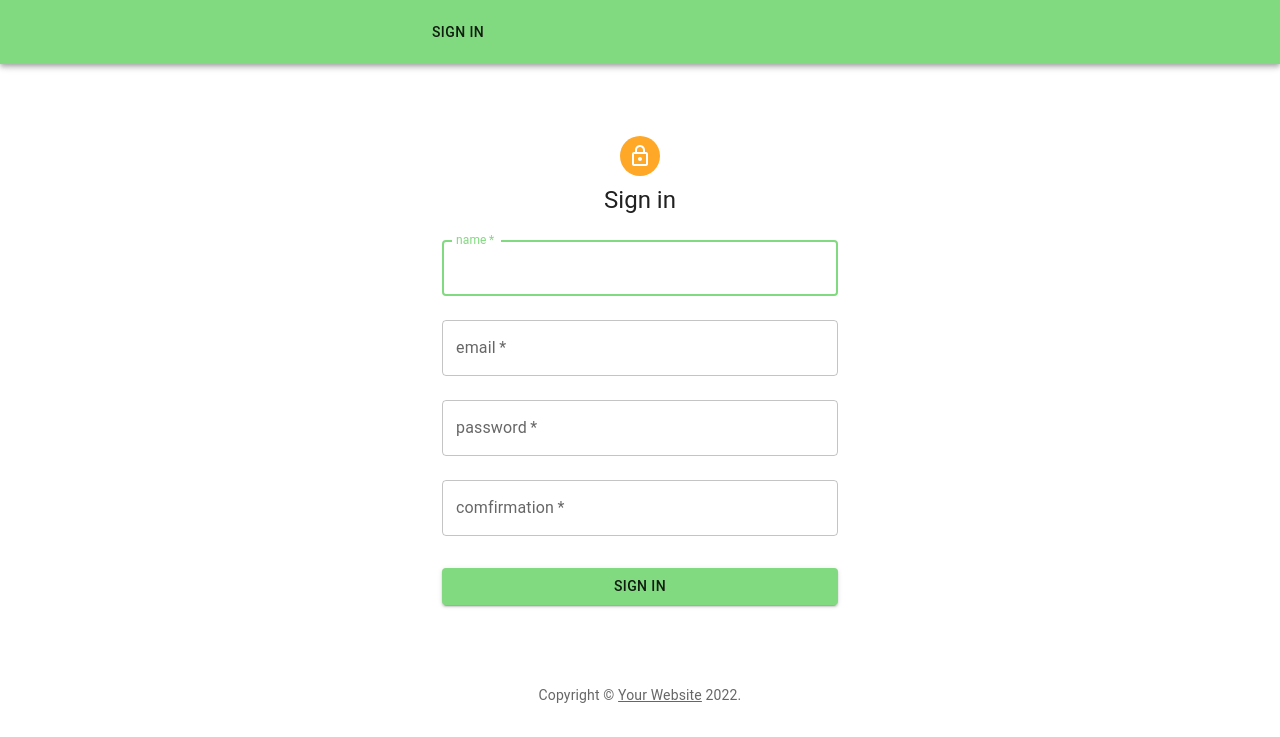
Repository: motohiro0410/motsufood
Page: /signIn (app in frontend/)
An editor plug-in stored every save of this project. The page is shown before and after the next save, followed by the edit.
The browser window is 1280 px wide. The pictures show the whole page.
The project was rebuilt for these pictures with package versions that can differ from the ones it lists, and the page was loaded fresh each time. Also part of the build but not shown: frontend/src/App.css, frontend/src/components/pages/Login.tsx, frontend/src/components/organisms/Footer.tsx, frontend/src/components/organisms/MainHeader.tsx, frontend/src/components/organisms/UserDetailModal.tsx, frontend/src/components/pages/Home.tsx, frontend/src/components/pages/Money.tsx, frontend/src/components/organisms/GroupHeader.tsx and 3 more.

Above is the page before, as saved 2022-08-10 23:05:46.

### frontend/src/App.tsx
import './App.css';
import { BrowserRouter } from "react-router-dom";

import { Router } from "./router/Router";
import { ThemeProvider } from '@mui/system';
import { theme } from './theme/theme';

import { AdapterDateFns } from '@mui/x-date-pickers/AdapterDateFns';
import { LocalizationProvider } from '@mui/x-date-pickers/LocalizationProvider';
import { HeaderProvider } from "./providers/HeaderProvider"

function App() {
  return (
    <LocalizationProvider dateAdapter={AdapterDateFns}>
      <ThemeProvider theme={theme}>
        <HeaderProvider>
         <BrowserRouter>
            <Router />
          </BrowserRouter>
        </HeaderProvider>
      </ThemeProvider>
    </LocalizationProvider>


  );
}

export default App;

### frontend/src/router/Router.tsx
import { FC, memo } from "react";
import { Switch, Route } from "react-router-dom";

import { Login } from "../components/pages/Login";
import { Home } from "../components/pages/Home";
import { Money } from "../components/pages/Money";
import { Group } from "../components/pages/Group";
import { SignIn } from "../components/pages/SignIn";
import { Page404 } from "../components/pages/Page404";

import { InputFoodExpence } from "../components/pages/InputFoodExpence";

export const Router: FC = memo(() => {
  return (
    <Switch>
      <Route exact path="/">
        <Login />
      </Route>
      <Route path="/home">
        <Home />
      </Route>
      <Route path="/money">
        <Money />
      </Route>
      <Route path="/group">
        <Group />
      </Route>
      <Route path="/input">
        <InputFoodExpence />
      </Route>
      <Route path="/signIn">
        <SignIn />
      </Route>
      <Route path="*">
        <Page404 />
      </Route>
    </Switch>
  )
})

### frontend/src/theme/theme.ts
import { createTheme } from "@mui/material"

export const theme = createTheme({
  palette: {
    primary: {
      main: "#81da7f"
    }
  }
});

### frontend/src/providers/HeaderProvider.tsx
import { createContext } from "react";

export const HeaderContext = createContext<Context[]>({} as Context[]);

export type Context = {
  title: string;
}

export const HeaderProvider = (props: any) => {
  const { children } = props;
  const contextName: Context[] = [
    {title: "ホーム"},
    {title: "食費入力"},
    {title: "支払い"},
    {title: "ユーザー編集"},
  ]



  return (
    <HeaderContext.Provider value={contextName}>
      {children}
    </HeaderContext.Provider>
  )
}

### frontend/src/components/pages/SignIn.tsx
import * as React from 'react';
import Avatar from '@mui/material/Avatar';
import Button from '@mui/material/Button';
import CssBaseline from '@mui/material/CssBaseline';
import TextField from '@mui/material/TextField';
import FormControlLabel from '@mui/material/FormControlLabel';
import Checkbox from '@mui/material/Checkbox';
import Link from '@mui/material/Link';
import Grid from '@mui/material/Grid';
import Box from '@mui/material/Box';
import LockOutlinedIcon from '@mui/icons-material/LockOutlined';
import Typography from '@mui/material/Typography';
import Container from '@mui/material/Container';
// import { createTheme, ThemeProvider } from '@mui/material/styles';

import { SignInHeader } from '../organisms/SignInHeader';

function Copyright(props: any) {
  return (
    <Typography variant="body2" color="text.secondary" align="center" {...props}>
      {'Copyright © '}
      <Link color="inherit" href="https://mui.com/">
        Your Website
      </Link>{' '}
      {new Date().getFullYear()}
      {'.'}
    </Typography>
  );
}



export const SignIn = () => {
  const handleSubmit = (event: React.FormEvent<HTMLFormElement>) => {
    event.preventDefault();
    const data = new FormData(event.currentTarget);
    console.log({
      email: data.get('email'),
      password: data.get('password'),
    });
  };

  return (
    <>
    <SignInHeader />
        <Container component="main" maxWidth="xs">
          <CssBaseline />
          <Box
            sx={{
              marginTop: 8,
              display: 'flex',
              flexDirection: 'column',
              alignItems: 'center',
            }}
          >
            <Avatar sx={{ m: 1, bgcolor: '#ffa726' }}>
              <LockOutlinedIcon />
            </Avatar>
            <Typography component="h1" variant="h5">
              Sign in
            </Typography>
            <Box component="form" onSubmit={handleSubmit} noValidate sx={{ mt: 1 }}>
              <TextField
                margin="normal"
                required
                fullWidth
                id="name"
                label="name"
                name="name"
                autoComplete="name"
                autoFocus
              />
              <TextField
                margin="normal"
                required
                fullWidth
                name="email"
                label="email"
                type="email"
                id="email"
                autoComplete="email"
              />
                <TextField
                margin="normal"
                required
                fullWidth
                id="password"
                label="password"
                name="password"
                autoComplete="password"
              />
              <TextField
                margin="normal"
                required
                fullWidth
                name="comfirmation"
                label="comfirmation"
                type="comfirmation"
                id="comfirmation"
                autoComplete="comfirmation"
              />
              <Button
                type="submit"
                fullWidth
                variant="contained"
                sx={{ mt: 3, mb: 2 }}
              >
                sign In
              </Button>
            </Box>
          </Box>
          <Copyright sx={{ mt: 8, mb: 4 }} />
        </Container>
    </>
  );
}

### frontend/src/components/organisms/SignInHeader.tsx
import { FC } from "react";
import { useHistory } from 'react-router-dom';

import AppBar from '@mui/material/AppBar';
import Box from '@mui/material/Box';
import Toolbar from '@mui/material/Toolbar';
import Button from '@mui/material/Button';

export const SignInHeader: FC = () => {
  const history = useHistory();
  const onClickSignIn = () => history.push("/signIn")

  return (
    <Box>
      <AppBar position="static" >
        <Toolbar sx={{ ml: 50 }}>
          <Button variant="text" color="inherit" onClick={onClickSignIn}>Sign in</Button>
        </Toolbar>
      </AppBar>
    </Box>
  )
}

Loaded but not shown: frontend/public/index.html (common file); frontend/src/index.tsx (common file); frontend/src/index.css (common file); frontend/src/reportWebVitals.ts (common file)

After the next save:
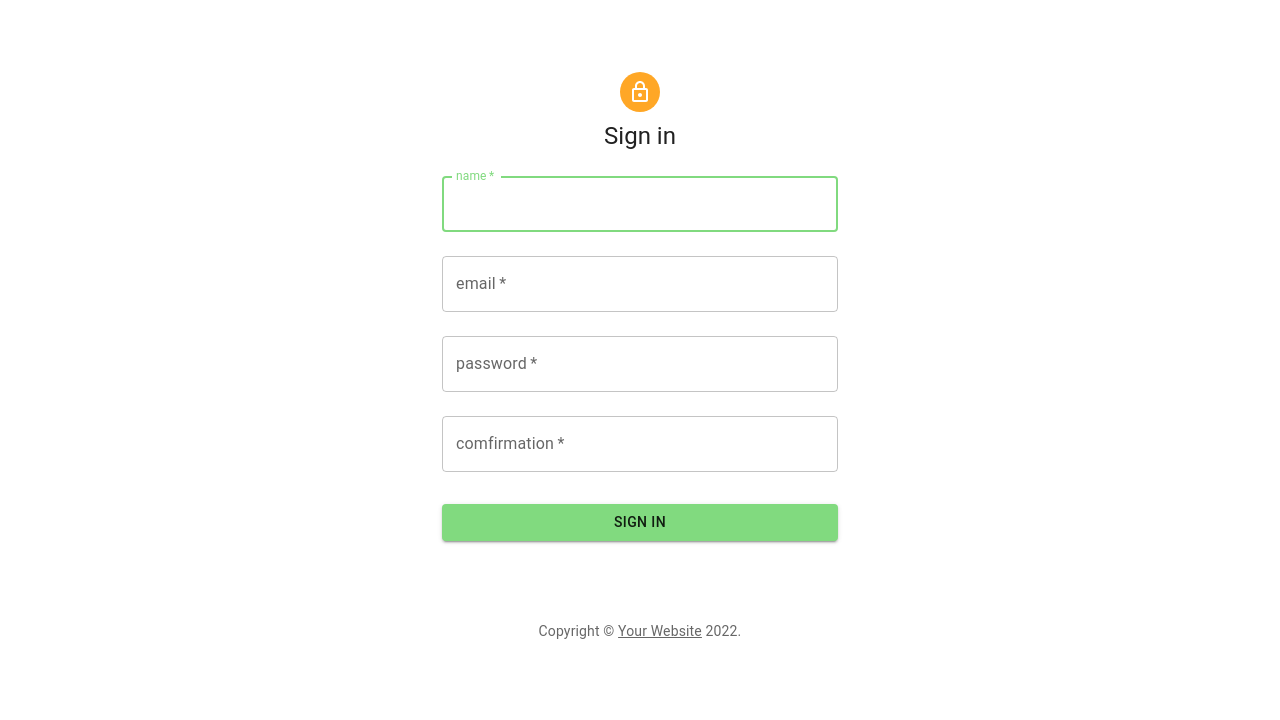
Saved 50 s later.
--- a/frontend/src/components/pages/SignIn.tsx
+++ b/frontend/src/components/pages/SignIn.tsx
@@ -41,8 +41,6 @@ export const SignIn = () => {
   };
 
   return (
-    <>
-    <SignInHeader />
         <Container component="main" maxWidth="xs">
           <CssBaseline />
           <Box
@@ -111,6 +109,5 @@ export const SignIn = () => {
           </Box>
           <Copyright sx={{ mt: 8, mb: 4 }} />
         </Container>
-    </>
   );
 }
